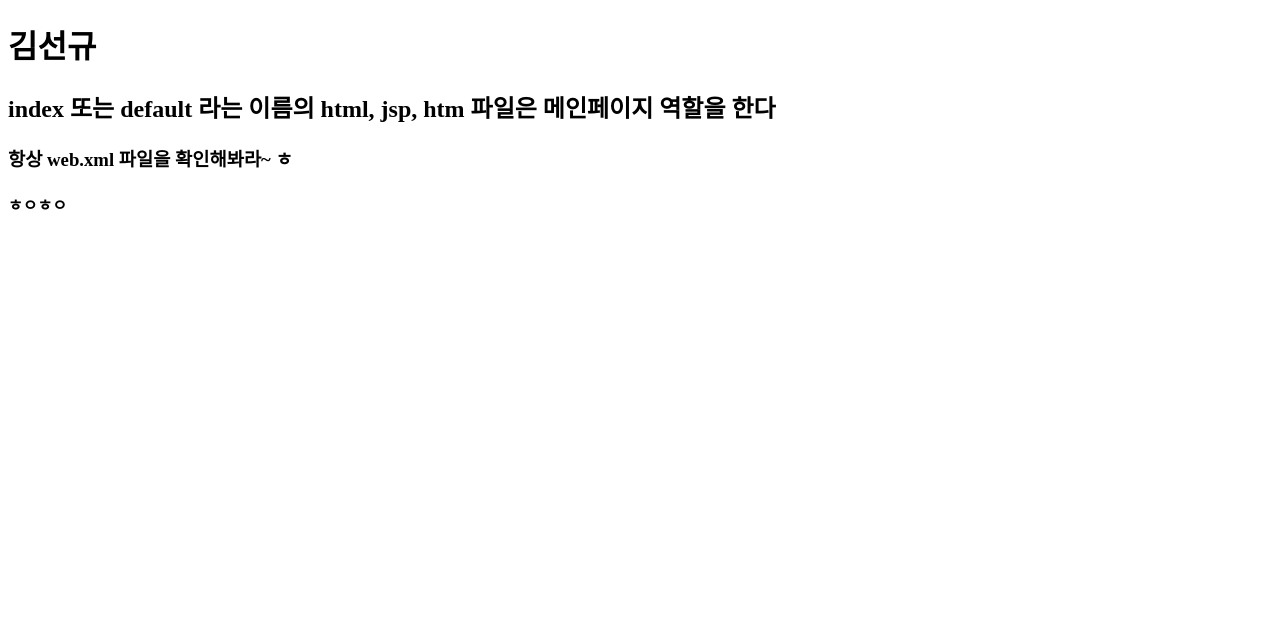
Repository: SeonKyuKimm/05_Server
Page: ServletProject/src/main/webapp/index.html
The author's editor kept a copy of each file at every save. The page is drawn from the files as they stood at one save, then again after the next save.
The browser window is 1280 px wide. The pictures show the whole page.

Above is the page before, as saved 2024-03-21 02:22:16.

After the next save:
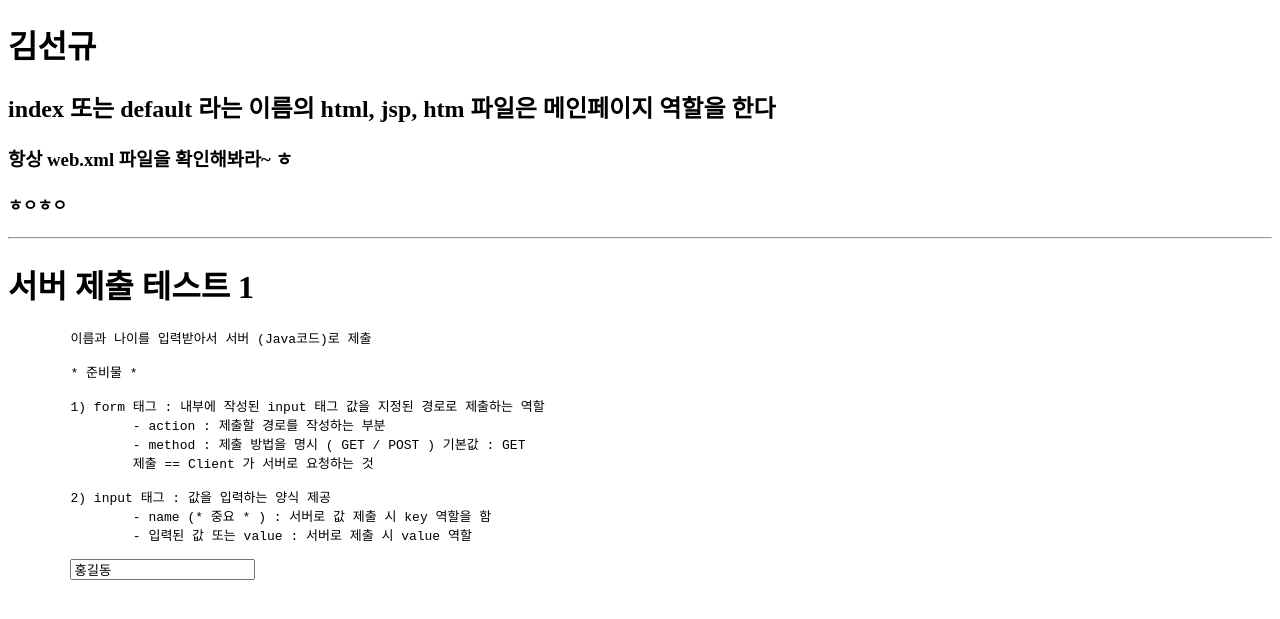
Saved 18 min 47 s later.
--- a/ServletProject/src/main/webapp/index.html
+++ b/ServletProject/src/main/webapp/index.html
@@ -11,6 +11,27 @@
     <h2>index 또는 default 라는 이름의 html, jsp, htm 파일은 메인페이지 역할을 한다</h2>
     <h3>항상 web.xml 파일을 확인해봐라~ ㅎ</h3>
     <h4>ㅎㅇㅎㅇ</h4>
+
+    <hr>
+
+    <h1>서버 제출 테스트 1</h1>
+    <pre>
+    	이름과 나이를 입력받아서 서버 (Java코드)로 제출
+
+    	* 준비물 *
+
+    	1) form 태그 : 내부에 작성된 input 태그 값을 지정된 경로로 제출하는 역할
+    		- action : 제출할 경로를 작성하는 부분
+    		- method : 제출 방법을 명시 ( GET / POST ) 기본값 : GET
+    		제출 == Client 가 서버로 요청하는 것
+
+    	2) input 태그 : 값을 입력하는 양식 제공
+    		- name (* 중요 * ) : 서버로 값 제출 시 key 역할을 함
+    		- 입력된 값 또는 value : 서버로 제출 시 value 역할
+
+    	<input name="inputName" value="홍길동"/>
+    </pre>
+
 </body>
 
 </html>
